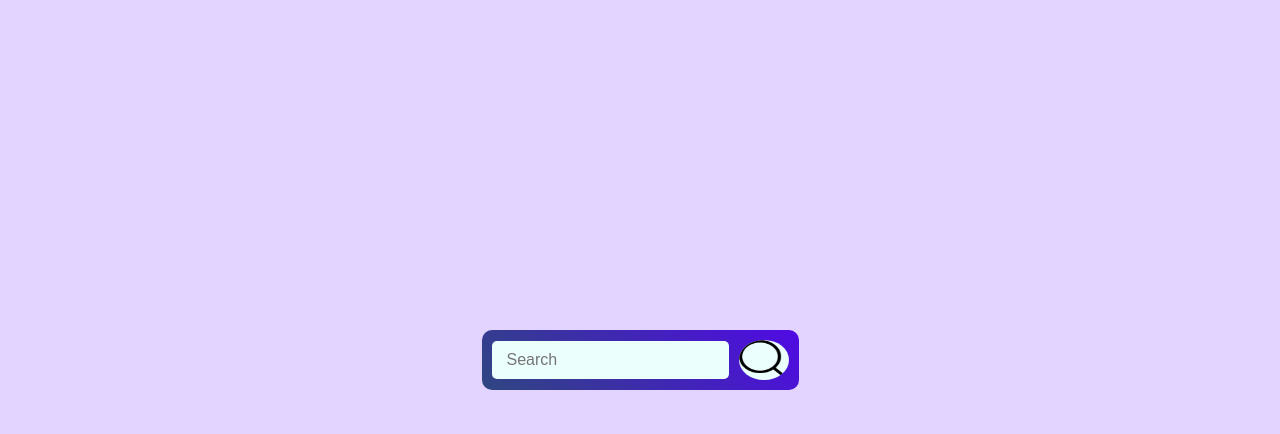
Repository: wakoya-tech/wheather-app
Page: /
These files come from the project's save history. The page is drawn as it stood at one moment and after the next save; the edit follows.
The browser window is 1280 px wide. The pictures show the whole page.
The project was rebuilt for these pictures with package versions that can differ from the ones it lists, and the page was loaded fresh each time. Also part of the build but not shown: vite.config.js, src/App.css.

Above is the page before, as saved 2025-10-18 00:20:59.

### index.html
<!DOCTYPE html>
<html lang="en">
  <head>
    <meta charset="UTF-8" />
    <link rel="icon" type="image/svg+xml" href="/vite.svg" />
    <meta name="viewport" content="width=device-width, initial-scale=1.0" />
    <title>Weather App - wakoCode</title>
  </head>
  <body>
    <div id="root"></div>
    <script type="module" src="/src/main.jsx"></script>
  </body>
</html>

### src/App.jsx
import { useState } from 'react'
import Weather from './Components/Weather'

import './App.css'

function App() {
 return(
 <div className='App'>

<Weather/>

 </div>

 )

}

export default App

### src/index.css

*{
    margin: 0;
    padding: 0;
    box-sizing: border-box;
    font-family: "poppins",sans-serif;
}
.App {
    min-height: 100vh;
    display: grid;
    background: #e2d4ff;
}

### src/Components/Weather.jsx
import React from 'react';
import './Weather.css';
import search_icon from '../assets/Search.png';

function Weather() {
  return (
    <div className='weather'>
      <div className="search-bar">
        <input type="text" placeholder='Search' />
        <img className='img' src={search_icon} alt="Search" />
      </div>
    </div>
  );
}

export default Weather;

### src/Components/Weather.css
.weather{
place-self: center;
padding: 10px;
border-radius: 10px;
background-image: linear-gradient(45deg,#2f4680,#500ae4);
display: flex;
flex-direction: column;
align-items: center;
}
.search-bar{
    display: flex;
    align-items: center;
    gap: 10px;
}
.search-bar input{
    padding: 10px 15px;
    font-size: 16px;
    border-radius: 5px;
    border: none;
    outline: none;
    flex: 1;
    color: #626262;
    background: #ebfffc;
}
.search-bar .img{
  width: 50px;
    max-height: 40px;
    border-radius: 50%;
    background: #ebfffc;
  cursor: pointer;
}

Loaded but not shown: src/main.jsx (common file)

After the next save:
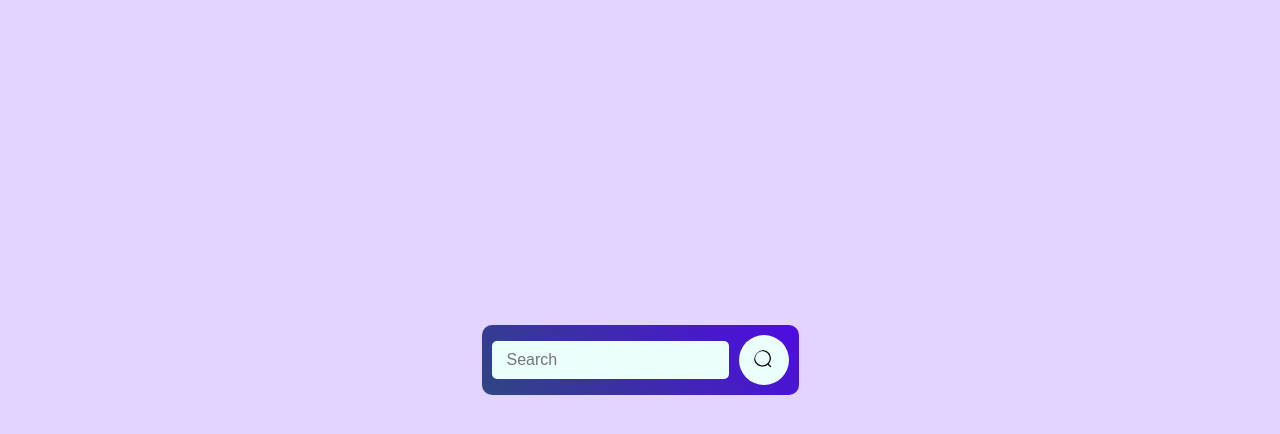
Saved 24 s later.
--- a/src/Components/Weather.css
+++ b/src/Components/Weather.css
@@ -24,7 +24,7 @@ align-items: center;
 }
 .search-bar .img{
   width: 50px;
-    max-height: 40px;
+  padding: 15px;
     border-radius: 50%;
     background: #ebfffc;
   cursor: pointer;
